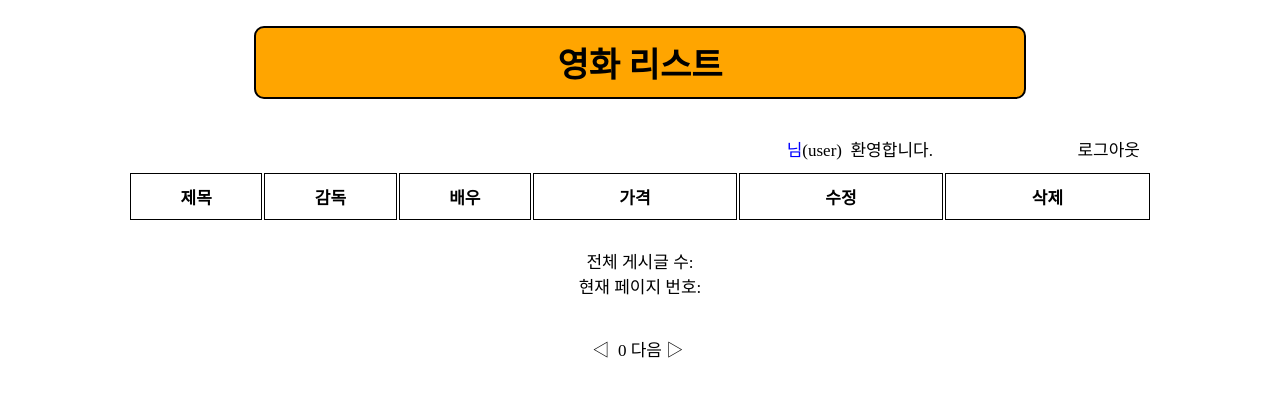
Repository: EverythingOfC/movie
Page: http://localhost/movie/movie/list.jsp
These files come from the project's save history. The page is drawn as it stood at one moment and after the next save; the edit follows.
The browser window is 1280 px wide. The pictures show the whole page.
The page is served by Tomcat 9. Nobody is signed in. The application's start-up code is not run. The template is opened directly, without the code that normally fills it, so the values that code supplies are empty.

Above is the page before, as saved 2023-01-03 09:43:53.

After the next save:
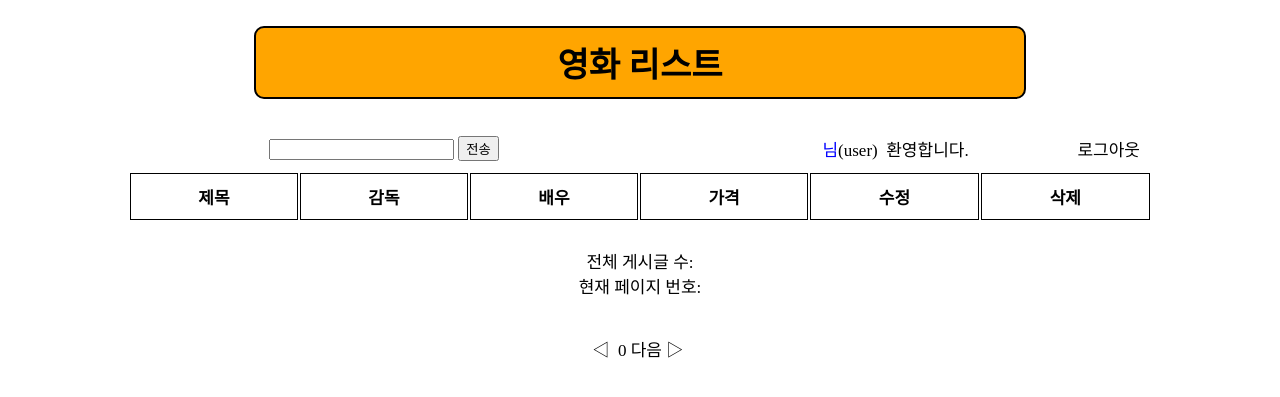
Saved 2 min 18 s later.
--- a/movie/src/main/webapp/movie/list.jsp
+++ b/movie/src/main/webapp/movie/list.jsp
@@ -19,6 +19,11 @@
 
 			<tr>
 				<td colspan="3" style="border:0; text-align:center;">
+				<form action="ms" method="get">
+					<input type="text" name="search">
+					<input type="submit" value="전송">
+				</form>
+				</td>
 				<td colspan="2" style="border:0; text-align:right;">
 				<c:choose>
 					<c:when test="${member.auth eq '1' }">
